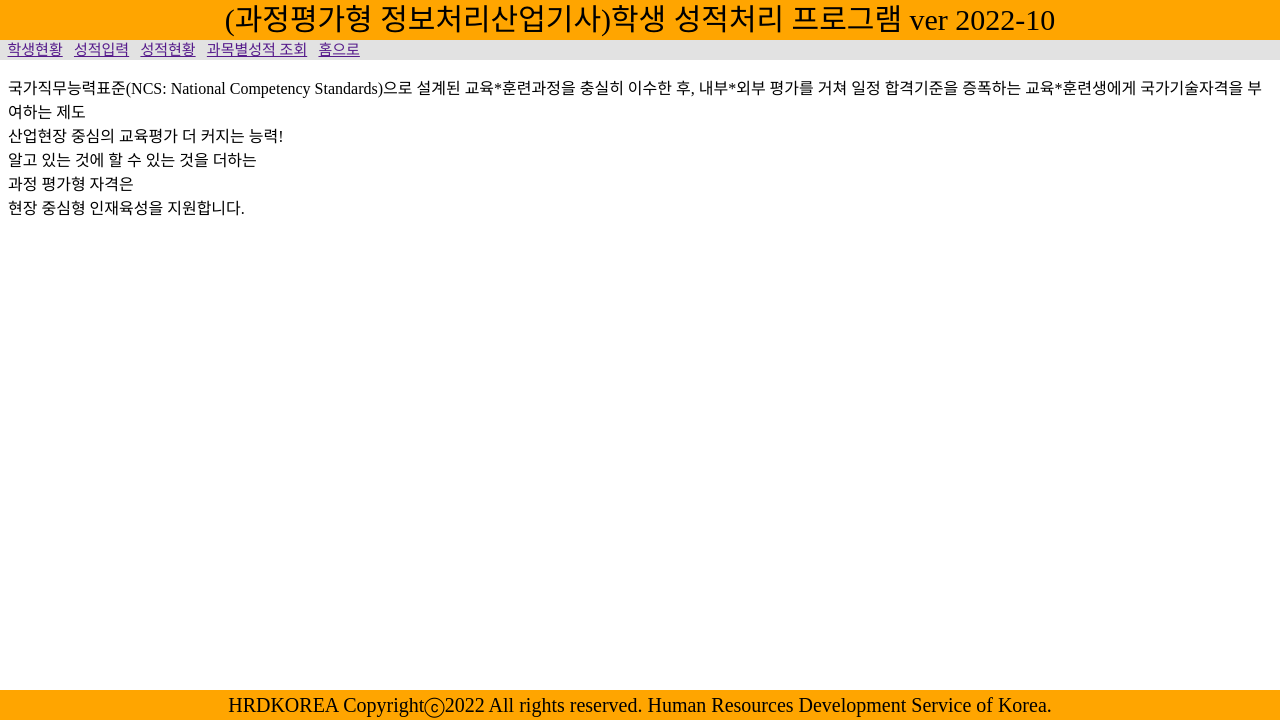
Repository: YeoJeongmo/hrdKorea
Page: http://localhost/HRD_01/
An editor plug-in stored every save of this project. The page is shown before and after the next save, followed by the edit.
The browser window is 1280 px wide. The pictures show the whole page.
The page is served by Tomcat 9.

Above is the page before, as saved 2024-09-02 11:39:49.

After the next save:
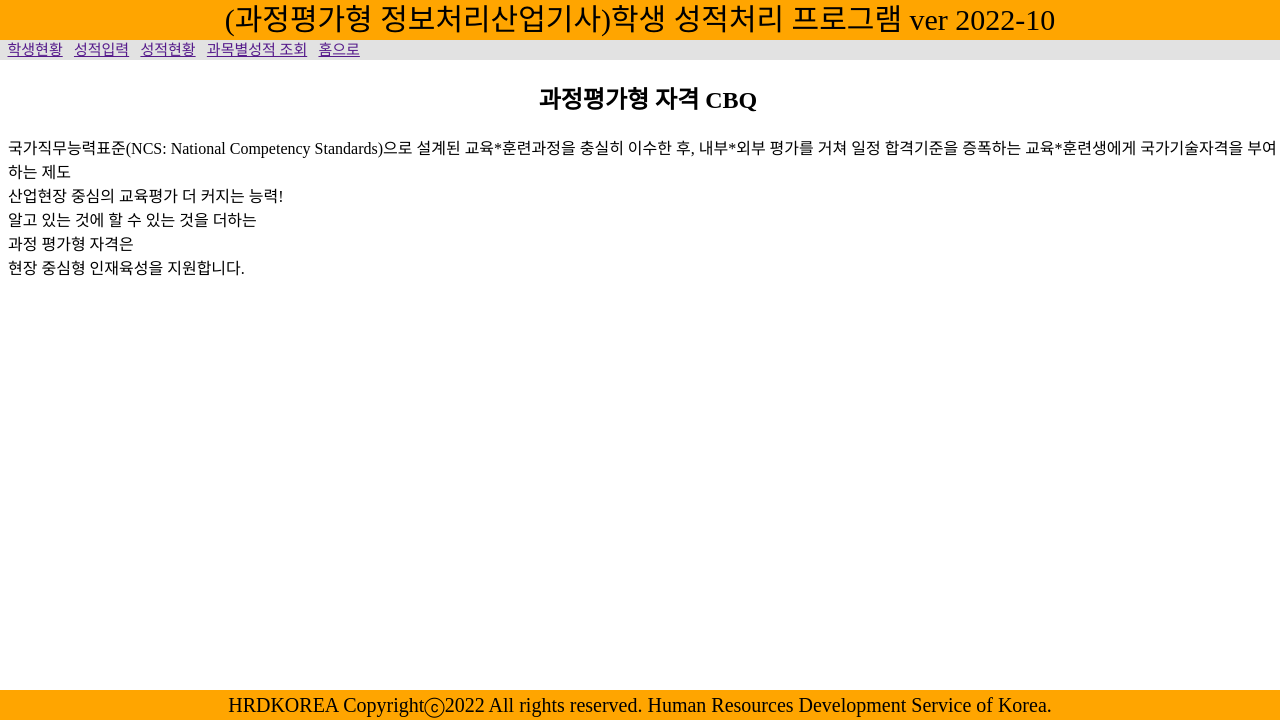
Saved 45 s later.
--- a/cbq_02/workspace/HRD_01/src/main/webapp/index.jsp
+++ b/cbq_02/workspace/HRD_01/src/main/webapp/index.jsp
@@ -9,8 +9,8 @@
 <body>
 <jsp:include page="header.jsp"></jsp:include>
 
-<section>
-	<h2>과정평가형 자격 CBQ</h2>
+<section style="position: fixed; top: 60px; width: 100%;">
+	<h2 style="text-align: center;">과정평가형 자격 CBQ</h2>
 	<p>
 	국가직무능력표준(NCS: National Competency Standards)으로 설계된 교육*훈련과정을 충실히 이수한 후, 내부*외부 평가를 거쳐 일정 합격기준을 증폭하는 교육*훈련생에게 국가기술자격을 부여하는 제도<br>
 	산업현장 중심의 교육평가 더 커지는 능력!<br>
